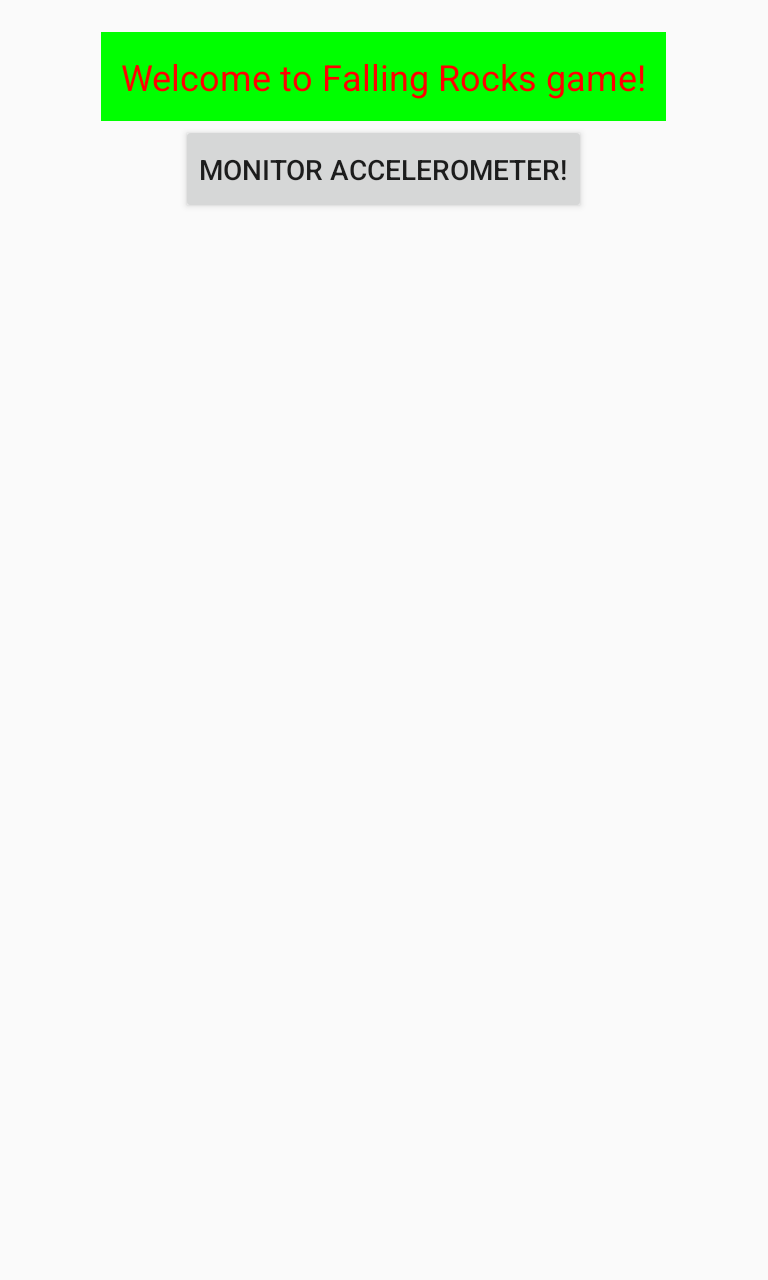
Repository: deyan-yosifov/Android
Layout: Workspace/BouncingBallGame/res/layout/activity_main.xml
These files come from the project's save history. The layout is drawn as it stood at one moment and after the next save; the edit follows.
It is drawn on a 768 x 1280 px phone screen (xhdpi) without system bars, with theme AppTheme; the app's code is not run.

Above is the layout before, as saved 2015-01-04 11:57:22.

### Workspace/BouncingBallGame/res/layout/activity_main.xml
<RelativeLayout xmlns:android="http://schemas.android.com/apk/res/android"
    xmlns:tools="http://schemas.android.com/tools"
    android:layout_width="match_parent"
    android:layout_height="match_parent"
    android:paddingBottom="@dimen/activity_vertical_margin"
    android:paddingLeft="@dimen/activity_horizontal_margin"
    android:paddingRight="@dimen/activity_horizontal_margin"
    android:paddingTop="@dimen/activity_vertical_margin"
    tools:context="com.dipiuay.fallingrocks.MainActivity" >

    <TextView
        style="@style/FallingRocksFonts"
        android:id="@+id/welcome_header_id"
        android:text="@string/welcome_header"
         />
	<Button
	    style="@style/FallingRocksButtons"
	    android:layout_below="@id/welcome_header_id"
	    android:text="@string/button_monitor_accelerometer"
	    android:onClick="startAccelerometerMonitor" />

</RelativeLayout>

### Workspace/BouncingBallGame/res/values/styles.xml
<resources xmlns:android="http://schemas.android.com/apk/res/android">

    <!--
        Base application theme, dependent on API level. This theme is replaced
        by AppBaseTheme from res/values-vXX/styles.xml on newer devices.
    -->
    <style name="FallingRocksFonts" parent="@android:style/TextAppearance.Medium">
        <item name="android:layout_width">wrap_content</item>
        <item name="android:layout_height">wrap_content</item>
        <item name="android:textColor">#FF0000</item>
        <item name="android:background">#00FF00</item>
        <item name="android:padding">10dp</item>
        <item name="android:layout_centerHorizontal">true</item>
    </style>

    <style name="FallingRocksButtons" parent="@android:attr/buttonStyleSmall">
        <item name="android:layout_width">wrap_content</item>
        <item name="android:layout_height">wrap_content</item>
        <item name="android:padding">10dp</item>
        <item name="android:layout_centerHorizontal">true</item>
    </style>

    <style name="AppBaseTheme" parent="Theme.AppCompat.Light">
        <!--
            Theme customizations available in newer API levels can go in
            res/values-vXX/styles.xml, while customizations related to
            backward-compatibility can go here.
        -->

    </style>

    <!-- Application theme. -->
    <style name="AppTheme" parent="AppBaseTheme">
        <!-- All customizations that are NOT specific to a particular API-level can go here. -->
    </style>

</resources>

### Workspace/BouncingBallGame/res/values/strings.xml
<?xml version="1.0" encoding="utf-8"?>
<resources>

    <string name="app_name">Falling Rocks</string>
    <string name="hello_world">Hello world!</string>
    <string name="no_accelerometer_found">Did not detected any accelerometor sensor!</string>
    <string name="welcome_header">Welcome to Falling Rocks game!</string>
    <string name="button_monitor_accelerometer">Monitor accelerometer!</string>
    <string name="action_settings">Settings</string>
    <string name="title_activity_single_player_game">Play game!</string>

</resources>

Loaded but not shown: Workspace/BouncingBallGame/res/values-v11/styles.xml (common file); Workspace/BouncingBallGame/res/values-v14/styles.xml (common file); Workspace/BouncingBallGame/res/values/dimens.xml (common file); Workspace/BouncingBallGame/res/values-w820dp/dimens.xml (common file)

After the next save:
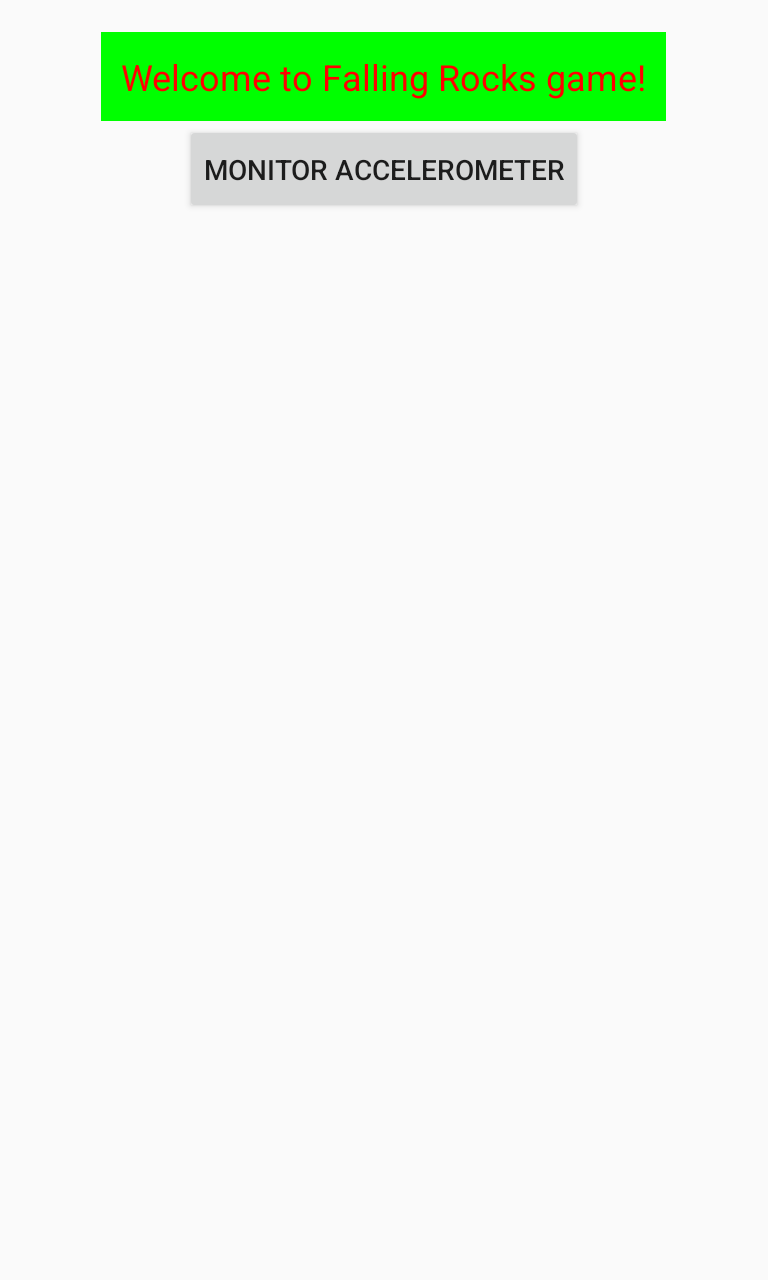
Saved 4 s later.
--- a/Workspace/BouncingBallGame/res/values/strings.xml
+++ b/Workspace/BouncingBallGame/res/values/strings.xml
@@ -5,7 +5,7 @@
     <string name="hello_world">Hello world!</string>
     <string name="no_accelerometer_found">Did not detected any accelerometor sensor!</string>
     <string name="welcome_header">Welcome to Falling Rocks game!</string>
-    <string name="button_monitor_accelerometer">Monitor accelerometer!</string>
+    <string name="button_monitor_accelerometer">Monitor accelerometer</string>
     <string name="action_settings">Settings</string>
     <string name="title_activity_single_player_game">Play game!</string>
 
